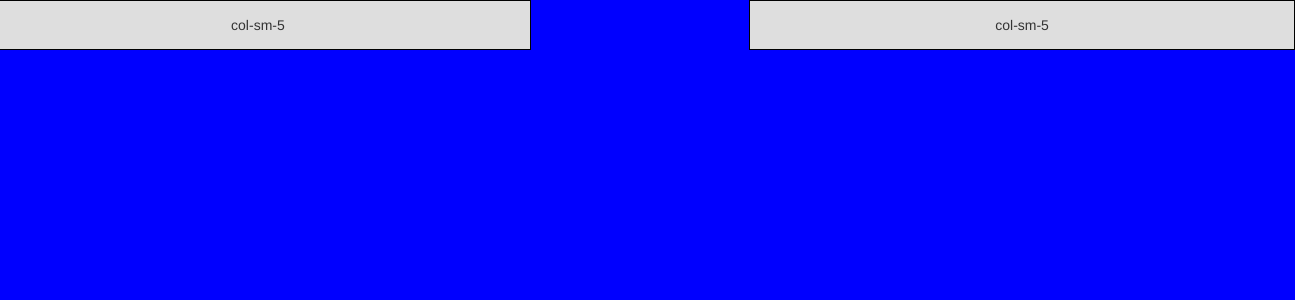
Repository: mihanayano/kadai-monolist
Page: bootstrap_lesson.html
The author's editor kept a record of every edit. The page is drawn from the files as they stood at one moment, then again after the next edit.
The browser window is 1280 px wide. The page is 1295 px wide, so the pictures cover 1295 px, including what lies to the right of the window. The pictures show the whole page.

Above is the page before.

After the next edit:
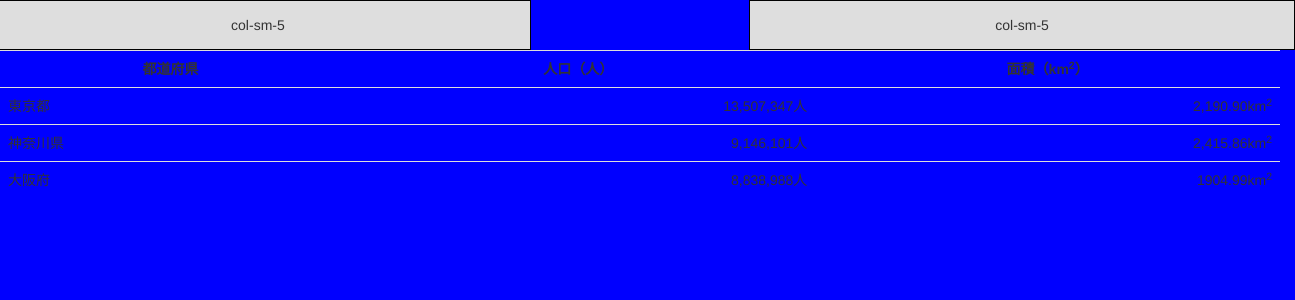
The edit:
--- a/bootstrap_lesson.html
+++ b/bootstrap_lesson.html
@@ -34,4 +34,29 @@
         <div class="col-sm-offset-2 col-sm-5">col-sm-5</div>
     </div>
 
+    <table class="table">
+    <tr>
+        <th class="text-center">都道府県</th>
+        <th class="text-center">人口（人）</th>
+        <th class="text-center">面積（km<sup>2</sup>）</th>
+    </tr>
+    <tr>
+        <td>東京都</td>
+        <td class="text-right">13,507,347人</td>
+        <td class="text-right">2,190.90km<sup>2</sup></td>
+    </tr>
+    <tr>
+        <td>神奈川県</td>
+        <td class="text-right">9,146,101人</td>
+        <td class="text-right">2,415.86km<sup>2</sup></td>
+    </tr>
+    <tr>
+        <td>大阪府</td>
+        <td class="text-right">8,838,988人</td>
+        <td class="text-right">1904.99km<sup>2</sup></td>
+    </tr>
+</table>
+
+</body>
+
 </html>
